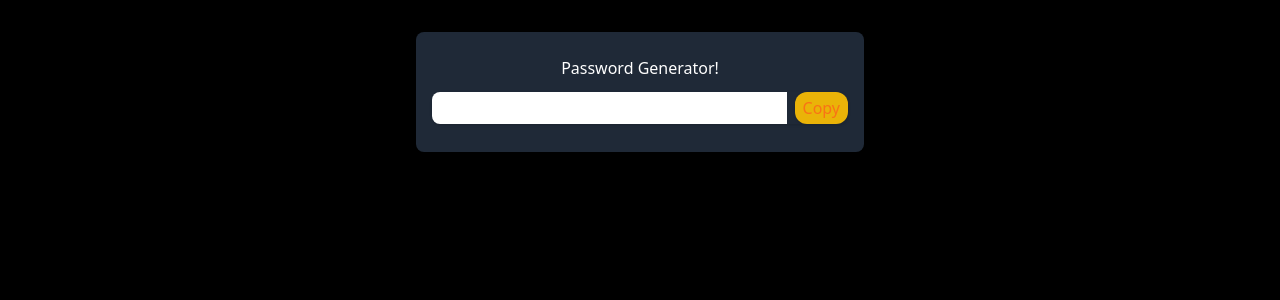
Repository: tirth2014/chai-aur-react
Page: / (app in 05_password-generator/)
The author's editor kept a copy of each file at every save. The page is drawn from the files as they stood at one save, then again after the next save.
The browser window is 1280 px wide. The pictures show the whole page.
The project was rebuilt for these pictures with package versions that can differ from the ones it lists, and the page was loaded fresh each time. Also part of the build but not shown: 05_password-generator/vite.config.js.

Above is the page before, as saved 2023-10-07 16:44:56.

After the next save:
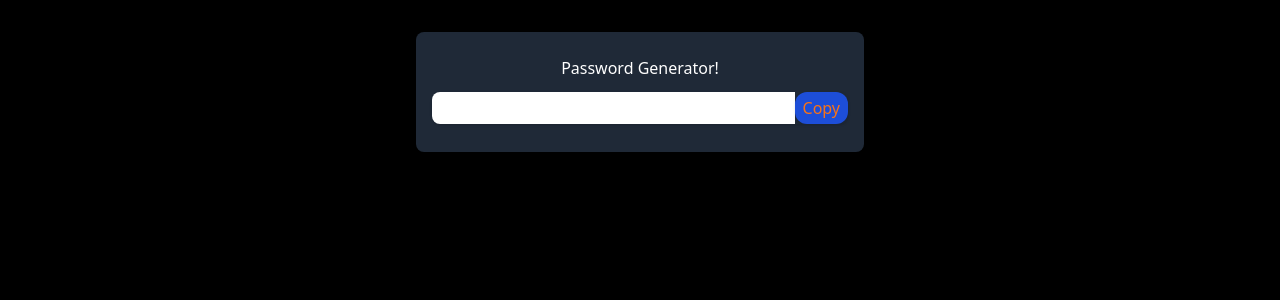
Saved 37 s later.
--- a/05_password-generator/src/App.jsx
+++ b/05_password-generator/src/App.jsx
@@ -19,7 +19,7 @@ function App() {
           value={password}
           className='outline-none w-full py-1 px-3'
           />
-                  <button className='shadow bg-yellow-500 rounded-xl px-2 py-1 ml-2'>Copy</button>
+                  <button className='shadow bg-blue-700 rounded-xl px-2 py-1'>Copy</button>
 
         </div>
       </div>
